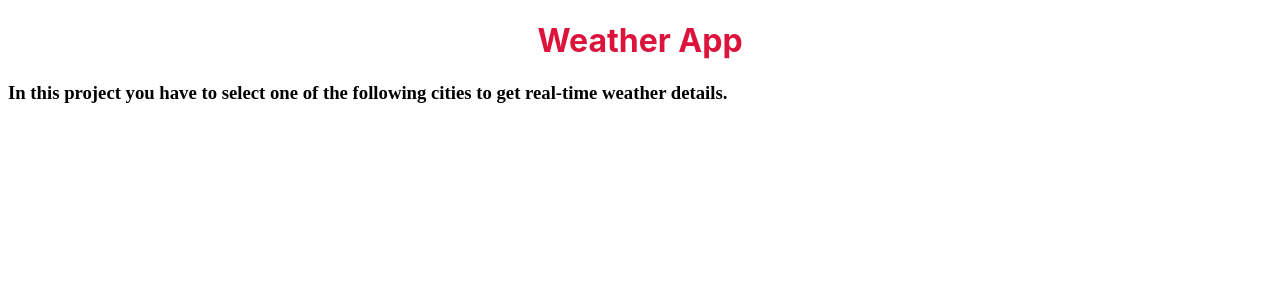
Repository: AalokJadhav/Weather_Website
Page: welcome.html
An editor plug-in stored every save of this project. The page is shown before and after the next save, followed by the edit.
The browser window is 1280 px wide. The pictures show the whole page.

Above is the page before, as saved 2020-11-03 07:57:55.

### welcome.html
<!DOCTYPE html>
<html lang="en">
<head>
    <meta charset="UTF-8">
    <meta name="viewport" content="width=device-width, initial-scale=1.0">
    <title>Document</title>
</head>
<body>
    <h1 style="font-family:-apple-system, BlinkMacSystemFont, 'Segoe UI', Roboto, Oxygen, Ubuntu, Cantarell, 'Open Sans', 'Helvetica Neue', sans-serif; color: crimson;text-align: center;"> Weather App</h1>

    <h3>
        <p>
        In this project you have to select one of the following cities to get real-time weather details.
    </p>
    </h3>
</body>
</html>

After the next save:
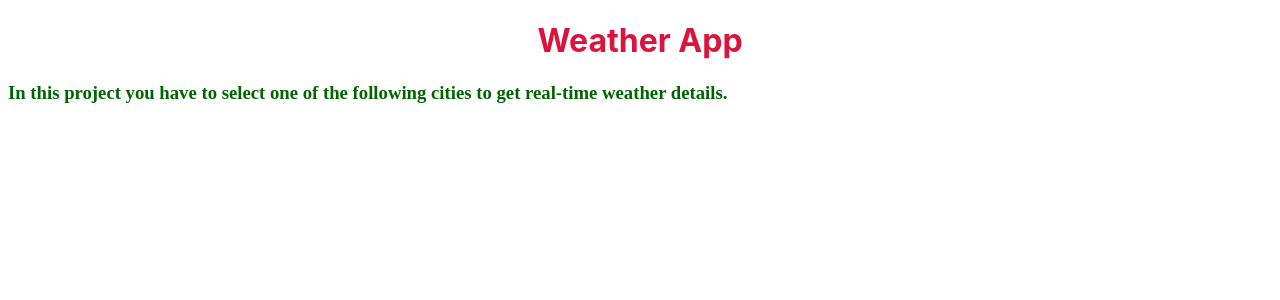
Saved 20 s later.
--- a/welcome.html
+++ b/welcome.html
@@ -9,7 +9,7 @@
     <h1 style="font-family:-apple-system, BlinkMacSystemFont, 'Segoe UI', Roboto, Oxygen, Ubuntu, Cantarell, 'Open Sans', 'Helvetica Neue', sans-serif; color: crimson;text-align: center;"> Weather App</h1>
 
     <h3>
-        <p>
+        <p style="color: darkgreen;">
         In this project you have to select one of the following cities to get real-time weather details.
     </p>
     </h3>
